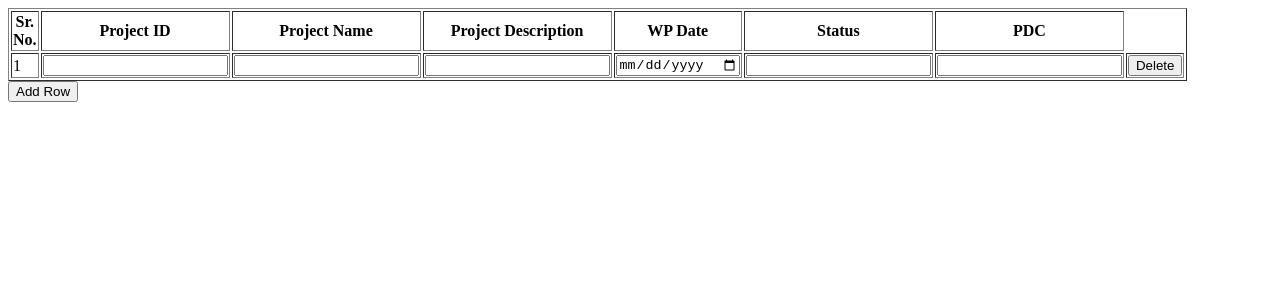
Repository: AdarshK062/BasicServlet
Page: http://localhost/Project1/index2.jsp
The author's editor kept a copy of each file at every save. The page is drawn from the files as they stood at one save, then again after the next save.
The browser window is 1280 px wide. The pictures show the whole page.
The page is served by Tomcat 9. Other server files are loaded and not shown.

Above is the page before, as saved 2021-03-28 19:57:57.

### Project1/WebContent/index2.jsp
<%@ page language="java" contentType="text/html; charset=ISO-8859-1"
    pageEncoding="ISO-8859-1"%>
<!DOCTYPE html>
<html>
<head>
<meta charset="ISO-8859-1">
<title>Insert title here</title>
</head>
<body>
<%@ page import="BasicServlet.*" %>
<%
HttpSession s= request.getSession(true);
Employee emp=(Employee) s.getAttribute("emp");
DBConnect db=(DBConnect)s.getAttribute("db");
%>

	<TABLE id="dataTable" border="1">
		<TR>
			<TH>Sr.<br> No.</TH>
			<TH>Project ID</TH>
			<TH>Project Name</TH>
			<TH>Project Description</TH>
			<TH>WP Date</TH>
			<TH>Status</TH>
			<TH>PDC</TH>
		</TR>
		<TR>
			<TD>1</TD>
			<TD><input type="text" value="" name="projectId1"></TD>
			<TD><input type="text" value="" name="projectName1"></TD>
			<TD><input type="text" value="" name="projectDesc1"></TD>
			<TD><input type="date" value="" name="WPDate1"></TD>
			<TD><input type="text" value="" name="status1"></TD>
			<TD><input type="text" value="" name="PDC1"></TD>
			<TD><input type="button" name="button1" value="Delete" onclick="removeRow('button1')"></TD>
		</TR>
	</TABLE>
	<INPUT type="button" value="Add Row" onclick="addRow('dataTable')" />
</body>
</html>

After the next save:
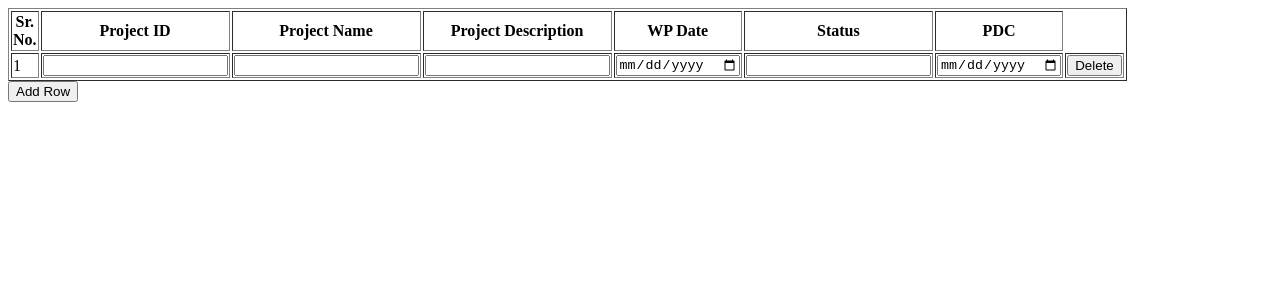
Saved 14 s later.
--- a/Project1/WebContent/index2.jsp
+++ b/Project1/WebContent/index2.jsp
@@ -31,7 +31,7 @@ DBConnect db=(DBConnect)s.getAttribute("db");
 			<TD><input type="text" value="" name="projectDesc1"></TD>
 			<TD><input type="date" value="" name="WPDate1"></TD>
 			<TD><input type="text" value="" name="status1"></TD>
-			<TD><input type="text" value="" name="PDC1"></TD>
+			<TD><input type="date" value="" name="PDC1"></TD>
 			<TD><input type="button" name="button1" value="Delete" onclick="removeRow('button1')"></TD>
 		</TR>
 	</TABLE>
